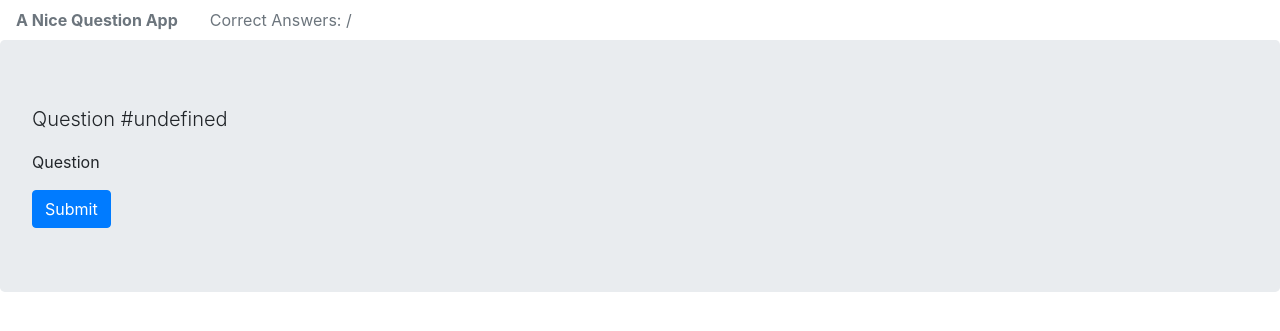
Repository: giovanicascaes/vue-quiz-app
Page: /
The author's editor kept a copy of each file at every save. The page is drawn from the files as they stood at one save, then again after the next save.
The browser window is 1280 px wide. The pictures show the whole page.
The project was rebuilt for these pictures with package versions that can differ from the ones it lists, and the page was loaded fresh each time. Also part of the build but not shown: vue.config.js.

Above is the page before, as saved 2019-04-12 22:11:48.

### public/index.html
<!DOCTYPE html>
<html lang="en">
  <head>
    <meta charset="utf-8">
    <meta http-equiv="X-UA-Compatible" content="IE=edge">
    <meta name="viewport" content="width=device-width,initial-scale=1.0">
    <link rel="icon" href="<%= BASE_URL %>favicon.ico">
    <title>vue-note-app</title>
  </head>
  <body>
    <noscript>
      <strong>We're sorry but vue-note-app doesn't work properly without JavaScript enabled. Please enable it to continue.</strong>
    </noscript>
    <div id="app"></div>
    <!-- built files will be auto injected -->
  </body>
</html>

### src/main.js
import Vue from 'vue';
import BootstrapVue from 'bootstrap-vue';

import 'bootstrap/dist/css/bootstrap.css';
import 'bootstrap-vue/dist/bootstrap-vue.css';

import App from './App.vue';

Vue.config.productionTip = false;

Vue.use(BootstrapVue);

new Vue({
  render: h => h(App),
}).$mount('#app');

### src/App.vue
<template>
  <div id="app">
    <Header/>
    <Questions/>
  </div>
</template>

<script>
import Header from "./components/Header";
import Questions from "./components/Questions";

export default {
  name: "app",
  components: {
    Header,
    Questions
  }
};
</script>

<style>
</style>

### src/components/Header.vue
<template>
  <b-nav>
    <b-nav-item disabled>
      <b>A Nice Question App</b>
    </b-nav-item>
    <b-nav-item disabled>Correct Answers: {{correctAnswers}}/{{totalAnswers}}</b-nav-item>
  </b-nav>
</template>

<script>
export default {
  props: ["totalAnswers", "correctAnswers"]
};
</script>

### src/components/Questions.vue
<template>
  <b-jumbotron :lead="'Question #' + currentQuestionNumber">
    <p>Question</p>
    <b-button variant="primary" href="#">Submit</b-button>
  </b-jumbotron>
</template>

<script>
export default {
  props: ["currentQuestionNumber"]
};
</script>

After the next save:
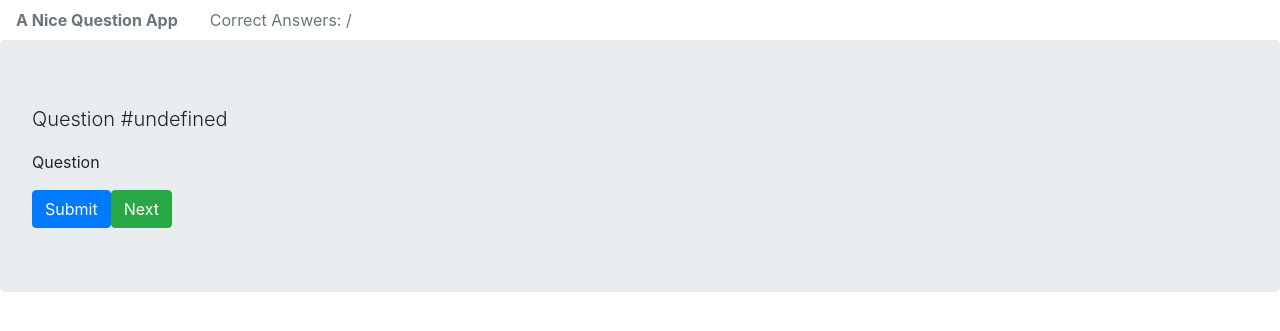
Saved 38 s later.
--- a/src/components/Questions.vue
+++ b/src/components/Questions.vue
@@ -2,6 +2,7 @@
   <b-jumbotron :lead="'Question #' + currentQuestionNumber">
     <p>Question</p>
     <b-button variant="primary" href="#">Submit</b-button>
+    <b-button variant="success" href="#">Next</b-button>
   </b-jumbotron>
 </template>
 
